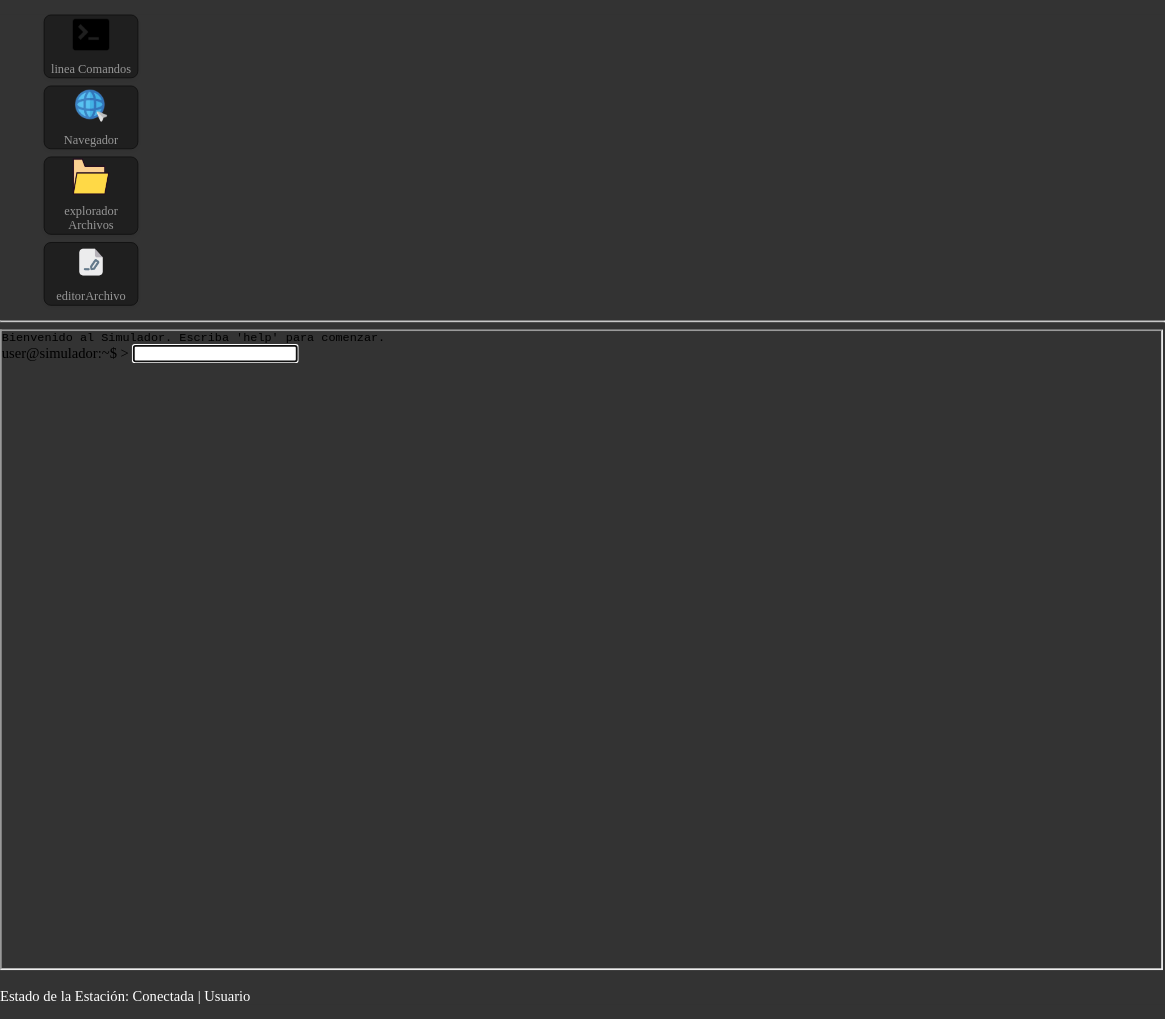
Repository: ValdezGalia/ProgramacionWebUcab
Page: lan-01.html
An editor plug-in stored every save of this project. The page is shown before and after a run of saves, followed by the edit.
The browser window is 1280 px wide. The pictures show the whole page, at 91% of full size.

Above is the page before, as saved 2025-11-13 16:43:13.

After the next 2 saves:
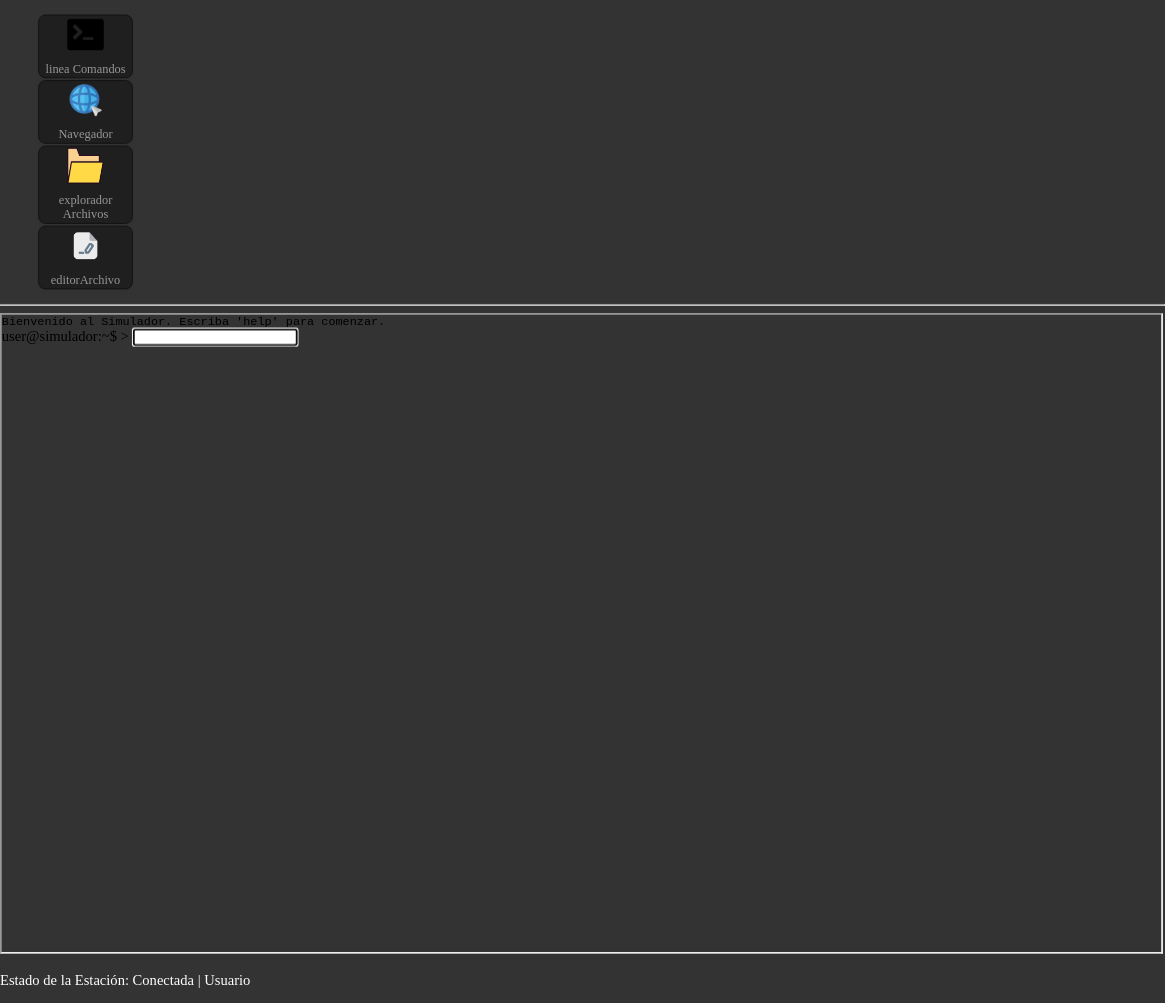
The 2 saves are shown as one change because they came seconds apart.
The last was saved 13 s later.
--- a/style/lan-01.css
+++ b/style/lan-01.css
@@ -18,7 +18,7 @@ nav ul li a {
     color: #979797;
     background-color: #1f1f1f;
     padding: 1px;
-    margin: 8px;
+    margin: 2px;
     border: 1px solid #111111;
     border-radius: 8px;
     box-shadow: 0 2px 4px rgba(0, 0, 0, 0.05);
